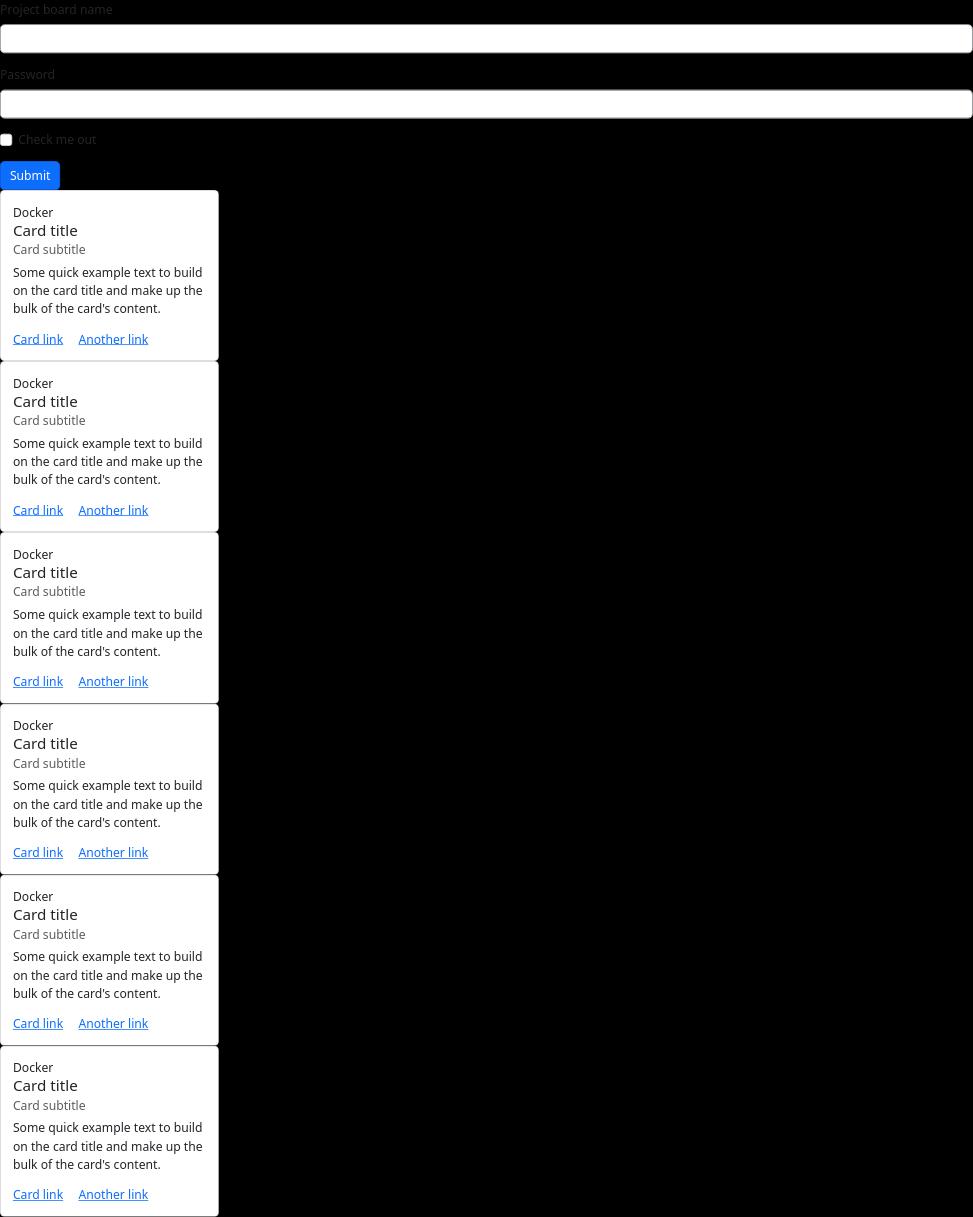
Repository: NSS-Evening-25-Cohort/e25-gitsub-control-alt-defeat
Page: index.html
An editor plug-in stored every save of this project. The page is shown before and after the next save, followed by the edit.
The browser window is 1280 px wide. The pictures show the whole page, at 76% of full size.

Above is the page before, as saved 2023-11-06 21:05:34.

### index.html
<!DOCTYPE html>
<html lang="en">
  <head>
    <meta charset="UTF-8" />
    <meta name="viewport" content="width=device-width, initial-scale=1.0" />
    <link
      rel="stylesheet"
      href="https://cdn.jsdelivr.net/npm/bootstrap@5.3.2/dist/css/bootstrap.min.css"
    />
    <link rel="stylesheet" href="main.css" />
    <title>Document</title>
  </head>
  <body>
    <form>
      <div class="mb-3">
        <label for="exampleInputEmail1" class="form-label">Project board name</label>
        <input type="email" class="form-control" id="exampleInputEmail1" aria-describedby="emailHelp">
      </div>
      <div class="mb-3">
        <label for="exampleInputPassword1" class="form-label">Password</label>
        <input type="password" class="form-control" id="exampleInputPassword1">
      </div>
      <div class="mb-3 form-check">
        <input type="checkbox" class="form-check-input" id="exampleCheck1">
        <label class="form-check-label" for="exampleCheck1">Check me out</label>
      </div>
      <button type="submit" class="btn btn-primary">Submit</button>
    </form>
    <div id="app1"></div>
    <div id="app2"></div>

    <script src="	https://cdn.jsdelivr.net/npm/bootstrap@5.3.2/dist/js/bootstrap.bundle.min.js"></script>
    <script src="main.js"></script>
  </body>
</html>

### main.js
const packageCards =[
  {
    id: 1,
    name: "Docker",
    info: "A software platform used for building applications based on containers small and lightweight execution environments",
  },
  {
    id: 2,
    name: "Docker",
    info: "A software platform used for building applications based on containers small and lightweight execution environments"
  },
  {
    id: 3,
    name: "Docker",
    info: "A software platform used for building applications based on containers small and lightweight execution environments"
  },
  {
    id: 4,
    img: "image",
    name: "Docker",
    info: "A software platform used for building applications based on containers small and lightweight execution environments"
  },
  {
    id: 5,
    img: "image",
    name: "Docker",
    info: "A software platform used for building applications based on containers small and lightweight execution environments"
  },
  {
    id: 6,
    img: "image",
    name: "Docker",
    info: "A software platform used for building applications based on containers small and lightweight execution environments"
  },
];

const app1 = document.querySelector("#app1")
const app2 = document.querySelector("#app2")

const renderToDom = (packageCards) =>{

  let domString = "";

  for(let card of packageCards){
    domString += `<div class="card" style="width: 18rem;">
    <div class="card-body"> ${card.name}
      <h5 class="card-title">Card title</h5>
      <h6 class="card-subtitle mb-2 text-body-secondary">Card subtitle</h6>
      <p class="card-text">Some quick example text to build on the card title and make up the bulk of the card's content.</p>
      <a href="#" class="card-link">Card link</a>
      <a href="#" class="card-link">Another link</a>
    </div>
  </div>`
  }
  const app1 = document.querySelector("#app1")
  app1.innerHTML = domString
}
renderToDom(packageCards)

Loaded but not shown: main.css (common file)

After the next save:
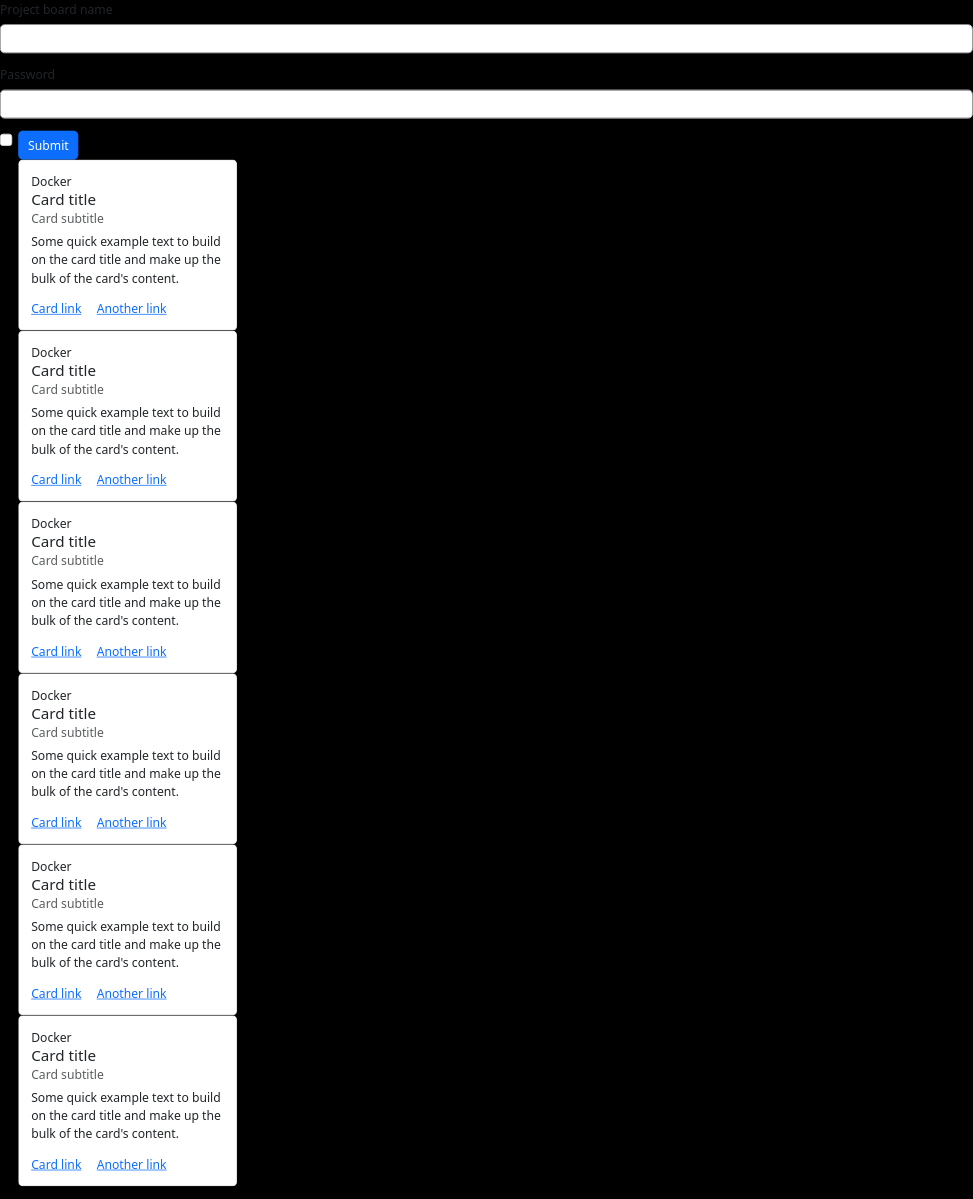
Saved 9 s later.
--- a/index.html
+++ b/index.html
@@ -22,8 +22,6 @@
       </div>
       <div class="mb-3 form-check">
         <input type="checkbox" class="form-check-input" id="exampleCheck1">
-        <label class="form-check-label" for="exampleCheck1">Check me out</label>
-      </div>
       <button type="submit" class="btn btn-primary">Submit</button>
     </form>
     <div id="app1"></div>
